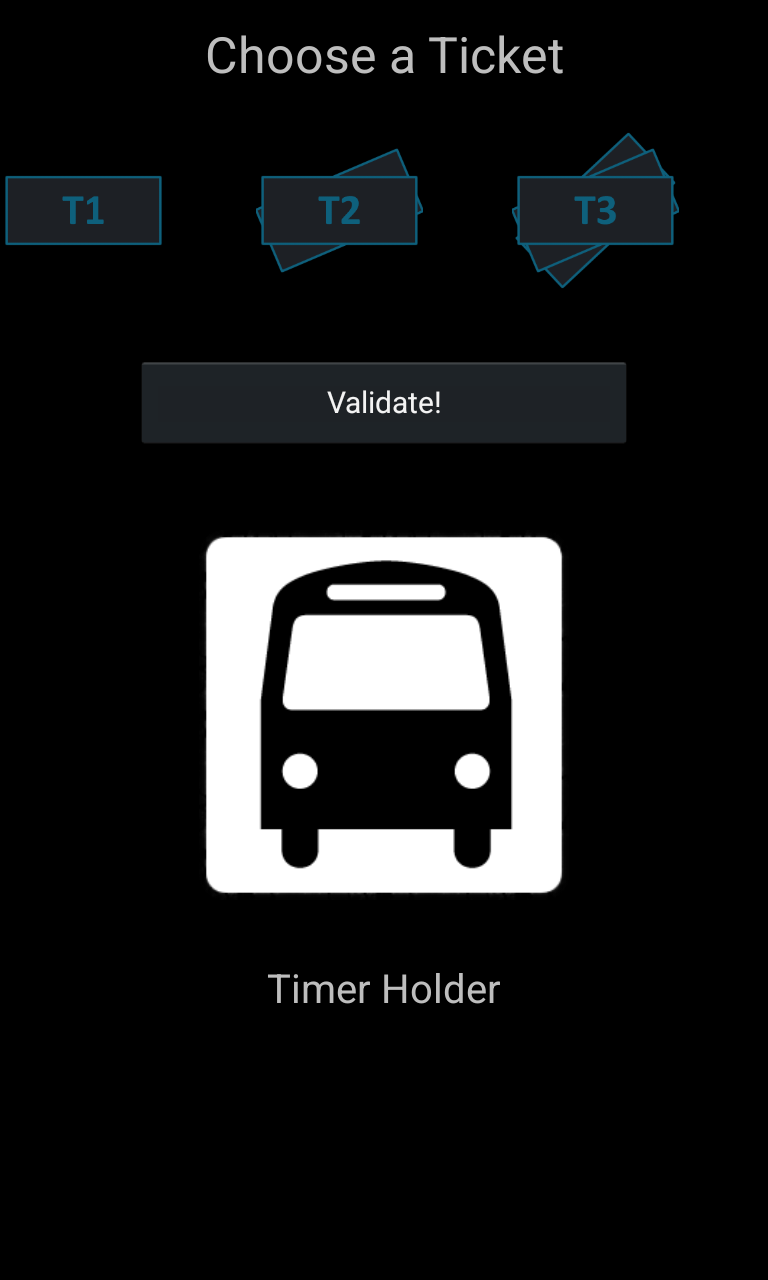
Repository: Nelspike/BusTicketer
Layout: PassengerMode/res/layout/fragment_show_tickets.xml
These files come from the project's save history. The layout is drawn as it stood at one moment and after the next save; the edit follows.
It is drawn on a 768 x 1280 px phone screen (xhdpi) without system bars, with theme AppTheme; the app's code is not run.

Above is the layout before, as saved 2013-10-19 20:59:06.

### PassengerMode/res/layout/fragment_show_tickets.xml
<FrameLayout xmlns:android="http://schemas.android.com/apk/res/android"
    xmlns:tools="http://schemas.android.com/tools"
    android:layout_width="match_parent"
    android:layout_height="match_parent"
    tools:context=".ShowTicketsFragment" >

    <LinearLayout
        android:layout_width="match_parent"
        android:layout_height="wrap_content"
        android:orientation="vertical"
        android:paddingTop="10dp">

	    <TextView
	        android:layout_width="match_parent"
	        android:layout_height="wrap_content"
	        android:text="@string/show_tickets_title"
	        android:textSize="25sp"
	        android:gravity="center"/>

		<RadioGroup
		    android:id="@+id/ticket_radio"
		    android:layout_width="match_parent"
		    android:layout_height="wrap_content"
		    android:gravity="center"
		    android:orientation="horizontal"
		    android:paddingTop="20dp"
		    android:paddingBottom="30dp" >

			<RadioButton
			    android:id="@+id/t1_radio"
			    android:button="@null"
				android:drawableLeft="@drawable/t1_selector"
				android:layout_width="wrap_content"
				android:layout_height="wrap_content"
				android:layout_weight="1"/>

			<RadioButton
			    android:id="@+id/t2_radio"
				android:button="@drawable/t2_selector"
				android:layout_width="wrap_content"
				android:layout_height="wrap_content"
				android:layout_weight="1"/>

			<RadioButton
			    android:id="@+id/t3_radio"
				android:button="@drawable/t3_selector"
				android:layout_width="wrap_content"
				android:layout_height="wrap_content"
				android:layout_weight="1"/>

		</RadioGroup>

		<Button
		    android:id="@+id/t1_ticket_validate"
		    android:layout_width="250dp"
		    android:layout_height="wrap_content"
		    android:layout_gravity="center"
		    android:text="@string/validate_ticket"
		    android:textSize="15sp" />

		<ImageView
		    android:id="@+id/qr_code_holder"
		    android:contentDescription="@string/description"
		    android:layout_width="450px"
		    android:layout_height="450px"
		    android:src="@drawable/bus"
		    android:layout_gravity="center"
		    android:paddingTop="40dp"/>

		<TextView
		    android:id="@+id/ticket_timer"
		    android:layout_width="match_parent"
		    android:layout_height="wrap_content"
		    android:gravity="center"
		    android:text="Timer Holder"
		    android:textSize="20sp"
		    android:paddingTop="30dp"/>

    </LinearLayout>




</FrameLayout>

### PassengerMode/res/values/styles.xml
<resources>

    <!--
        Base application theme, dependent on API level. This theme is replaced
        by AppBaseTheme from res/values-vXX/styles.xml on newer devices.
    -->
    <style name="AppBaseTheme" parent="android:Theme.Holo">
        <!--
            Theme customizations available in newer API levels can go in
            res/values-vXX/styles.xml, while customizations related to
            backward-compatibility can go here.
        -->
    </style>

    <!-- Application theme. -->
    <style name="AppTheme" parent="android:Theme.Holo">
        <!-- All customizations that are NOT specific to a particular API-level can go here. -->
    </style>

</resources>

### PassengerMode/res/values/strings.xml
<?xml version="1.0" encoding="utf-8"?>
<resources>

    <string name="app_name">Passenger Mode</string>
    <string name="action_settings">Settings</string>
    <string name="hello_world">Hello world!</string>
    <string name="welcome_string">Welcome to Bus Ticketer!</string>
    <string name="splash_screen_description">Splash Screen Logo</string>
    <string name="splash_screen_terms">Lorem ipsum dolor sit amet, consectetur adipiscing elit. In porta cursus lacus ut porta. Ut luctus et urna eu malesuada. Donec magna diam, mollis molestie est eu, bibendum semper quam. Curabitur rhoncus iaculis nisi ut luctus. Pellentesque habitant morbi tristique senectus et netus et malesuada fames ac turpis egestas. Ut luctus gravida massa, a posuere nunc sagittis ac. Maecenas porta nisi sed interdum varius. Nunc tincidunt turpis nec orci interdum sollicitudin in at nulla. Integer non lorem a elit elementum iaculis consectetur vel ipsum. Aenean sed eros laoreet, egestas lacus eu, accumsan risus. Aliquam consequat sagittis urna, quis accumsan felis malesuada sed.</string>
    <string name="splash_screen_name_label">Name:</string>
    <string name="splash_screen_card_label">CC No.:</string>
    <string name="splash_screen_register_button">Register it up!</string>
    <string name="title_activity_central">CentralActivity</string>
    <string name="hello_blank_fragment">Hello blank fragment</string>
    <string name="description">Generic Description</string>
    <string name="validate_ticket">Validate!</string>
    <string name="show_tickets_title">Choose a Ticket</string>

</resources>

### PassengerMode/res/drawable-xxhdpi/t1_selector.xml
<?xml version="1.0" encoding="utf-8"?>
<selector xmlns:android="http://schemas.android.com/apk/res/android"
    android:enterFadeDuration="250"
    android:exitFadeDuration="250" >
	<item android:state_checked="true" android:drawable="@drawable/selectedt1" />
	<item android:state_checked="false" android:drawable="@drawable/t1" />
</selector>

### PassengerMode/res/drawable-xxhdpi/t2_selector.xml
<?xml version="1.0" encoding="utf-8"?>
<selector xmlns:android="http://schemas.android.com/apk/res/android"
    android:enterFadeDuration="250"
    android:exitFadeDuration="250" >
	<item android:state_checked="true" android:drawable="@drawable/selectedt2" />
	<item android:state_checked="false" android:drawable="@drawable/t2" />
</selector>

### PassengerMode/res/drawable-xxhdpi/t3_selector.xml
<?xml version="1.0" encoding="utf-8"?>
<selector xmlns:android="http://schemas.android.com/apk/res/android"
    android:enterFadeDuration="250"
    android:exitFadeDuration="250" >
	<item android:state_checked="true" android:drawable="@drawable/selectedt3" />
	<item android:state_checked="false" android:drawable="@drawable/t3" />
</selector>

After the next save:
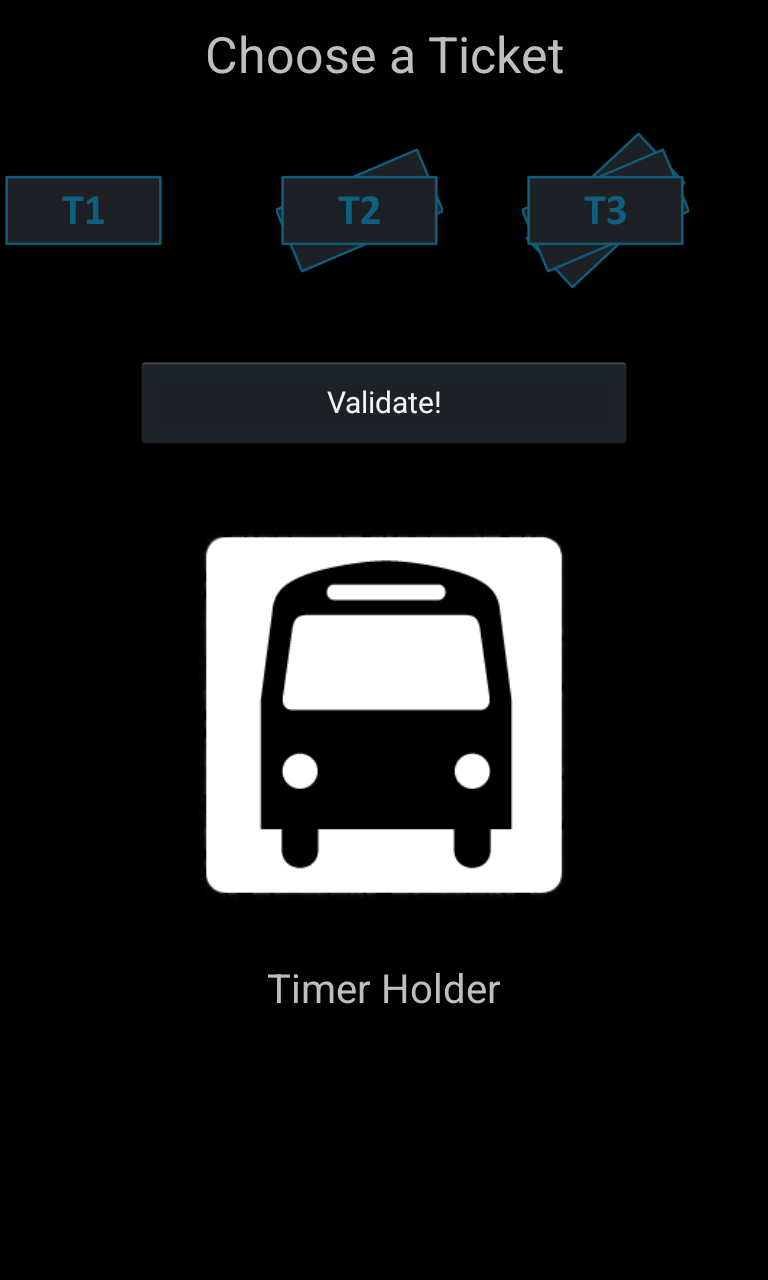
Saved 13 s later.
--- a/PassengerMode/res/layout/fragment_show_tickets.xml
+++ b/PassengerMode/res/layout/fragment_show_tickets.xml
@@ -30,6 +30,7 @@
 			    android:id="@+id/t1_radio"
 			    android:button="@null"
 				android:drawableLeft="@drawable/t1_selector"
+				android:drawablePadding="15dp"
 				android:layout_width="wrap_content"
 				android:layout_height="wrap_content"
 				android:layout_weight="1"/>

After the save that followed:
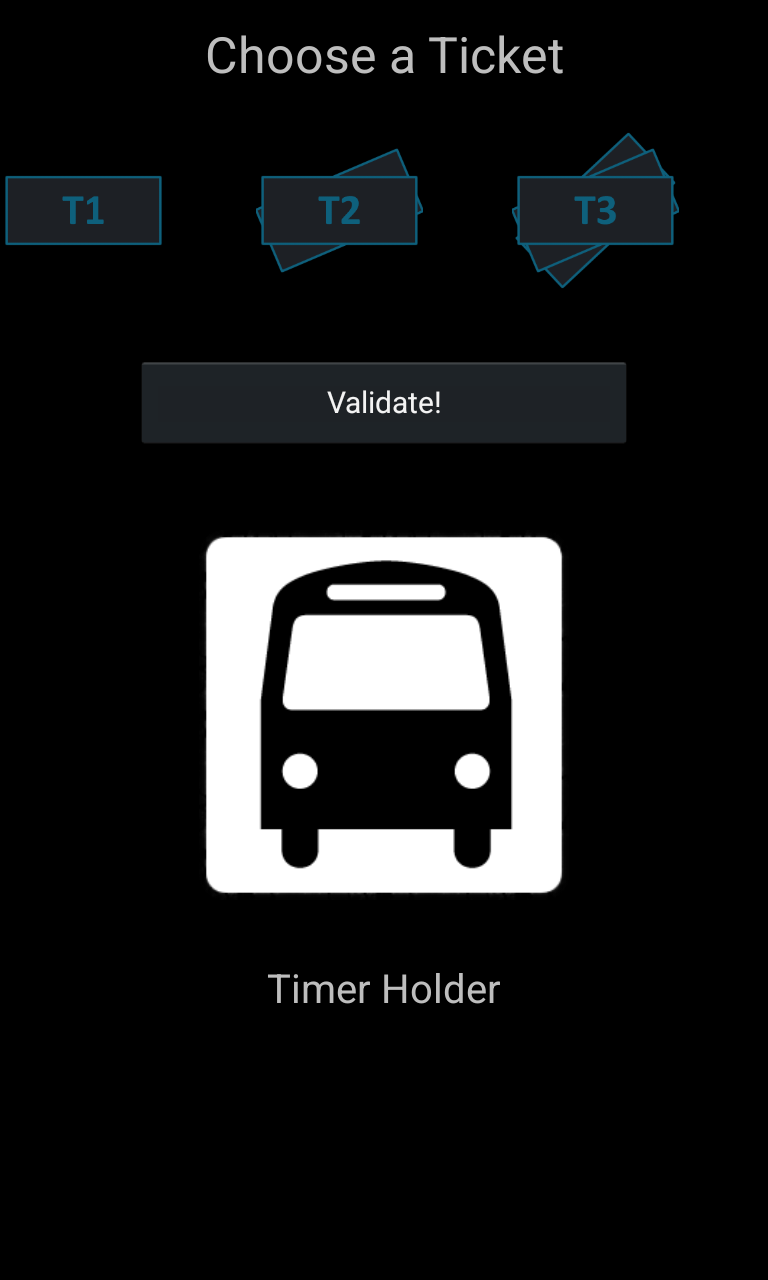
Saved 5 s later.
--- a/PassengerMode/res/layout/fragment_show_tickets.xml
+++ b/PassengerMode/res/layout/fragment_show_tickets.xml
@@ -30,7 +30,7 @@
 			    android:id="@+id/t1_radio"
 			    android:button="@null"
 				android:drawableLeft="@drawable/t1_selector"
-				android:drawablePadding="15dp"
+				android:drawablePaddingLeft="15dp"
 				android:layout_width="wrap_content"
 				android:layout_height="wrap_content"
 				android:layout_weight="1"/>
